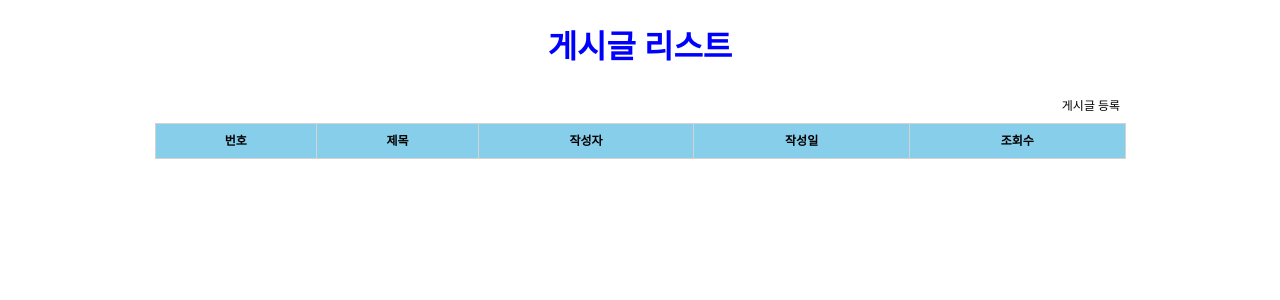
Repository: Gaboza18/JSP
Page: http://localhost/11.mvc_board/BoardServlet?command=board_list
An editor plug-in stored every save of this project. The page is shown before and after the next save, followed by the edit.
The browser window is 1280 px wide. The pictures show the whole page.
The page is served by Tomcat 9. Other server files are loaded and not shown. Queries for data that is not in the repository find no rows.

Above is the page before, as saved 2021-12-28 05:16:44.

### 11.mvc_board/src/main/webapp/board/boardList.jsp
<%@ page language="java" contentType="text/html; charset=UTF-8"
    pageEncoding="UTF-8"%>
<%@ taglib uri="http://java.sun.com/jsp/jstl/core" prefix="c" %>
<%@ taglib uri="http://java.sun.com/jsp/jstl/fmt" prefix="fmt" %>
<!DOCTYPE html>
<html>
<head>
<meta charset="UTF-8">
<title>게시글 목록</title>
<link rel="stylesheet" href="css/shopping.css"/>
</head>
<body>
<div id="wrap" >
<h1>게시글 리스트</h1>
<table>
   <tr>
      <td colspan="5" style="border: white; text-align:right;">
         <a href="BoardServlet?command=board_write_form">게시글 등록</a>
      </td>
   </tr>
   <tr>
      <th>번호</th><th>제목</th><th>작성자</th><th>작성일</th><th>조회수</th>
   </tr>
   <c:forEach var="board" items="${boardList}">
      <tr>
         <td>${board.num}</td>
         <td><a href="BoardServlet?command=board_view&num=${board.num}">${board.title}</a></td>
         <td>${board.name}</td>
         <td><fmt:formatDate value="${board.writedate}"/> </td>
         <td>${board.readcount}</td>
      </tr>
   </c:forEach>
</table>
</div>
</body>
</html>

### 11.mvc_board/src/main/java/com/green/controller/BoardServlet.java
package com.green.controller;

import java.io.IOException;
import javax.servlet.ServletException;
import javax.servlet.annotation.WebServlet;
import javax.servlet.http.HttpServlet;
import javax.servlet.http.HttpServletRequest;
import javax.servlet.http.HttpServletResponse;

import com.green.controller.action.Action;

/**
 * Servlet implementation class BoardServlet
 */
@WebServlet("/BoardServlet")
public class BoardServlet extends HttpServlet {
	private static final long serialVersionUID = 1L;

	/**
	 * @see HttpServlet#HttpServlet()
	 */
	public BoardServlet() {
		super();
		// TODO Auto-generated constructor stub
	}

	/**
	 * @see HttpServlet#doGet(HttpServletRequest request, HttpServletResponse
	 *      response)
	 */
	protected void doGet(HttpServletRequest request, HttpServletResponse response)
			throws ServletException, IOException {

		String command = request.getParameter("command");
		System.out.println("BoardServlet 에서 요청 수신: " + command);

		/*
		 *  서블릿에서 받은 command를 ActionFactory에 전달하여 어떤 비즈니스 로직(Action 클래스)을 수행할지 결정한다
		 */
		ActionFactory factory = ActionFactory.getInstance(); // 싱글톤 객체
		Action action = factory.getAction(command);

		if(action != null) { // action 객체를 할당받았는지 체크
			action.execute(request, response); // 동일한 각 액션 클래스의 업무 로직을 수행
		}
	}

	/**
	 * @see HttpServlet#doPost(HttpServletRequest request, HttpServletResponse
	 *      response)
	 */
	protected void doPost(HttpServletRequest request, HttpServletResponse response)
			throws ServletException, IOException {

		request.setCharacterEncoding("UTF-8");
		doGet(request, response);
	}

}

### 11.mvc_board/src/main/java/com/green/controller/ActionFactory.java
package com.green.controller;

import com.green.controller.action.*;

/*
 *  command의 내용에 따라 Action 클래스를 찾아 액션 객체를 생성해 주는 클래스
 *  싱글톤 클래스로 구현
 */

public class ActionFactory {

	private ActionFactory() { // 싱글톤 생성자
	}

	private static ActionFactory instance = new ActionFactory(); // 인스턴스 생성

	public static ActionFactory getInstance() {
		return instance;
	}

	/*
	 * command의 내용에 따라 Action 객체 생성
	 */

	public Action getAction(String command) {

		Action action = null;

		System.out.println("ActionFactory: " + command);

		if (command.equals("board_list")) {
			action = new BoardListAction();
		} else if (command.equals("board_write_form")) {
			action = new BoardWriteFormAction();
		}

		return action;
	}
}

### 11.mvc_board/src/main/java/com/green/controller/action/Action.java
package com.green.controller.action;

import java.io.IOException;
import javax.servlet.*;
import javax.servlet.http.*;

public interface Action {

	public void execute(HttpServletRequest request, HttpServletResponse response)
			throws ServletException, IOException;
}

### 11.mvc_board/src/main/java/com/green/controller/action/BoardListAction.java
package com.green.controller.action;

import java.io.IOException;
import java.util.List;

import javax.servlet.ServletException;
import javax.servlet.http.HttpServletRequest;
import javax.servlet.http.HttpServletResponse;

import com.green.dao.BoardDAO;
import com.green.dto.BoardVO;

public class BoardListAction implements Action {

	@Override
	public void execute(HttpServletRequest request, HttpServletResponse response) throws ServletException, IOException {

		BoardDAO bDao = BoardDAO.getInstance();
		String url = "board/boardList.jsp";

		/*
		 *  DB에서 전체 게시글 조회
		 */

		List<BoardVO> boardList = bDao.selectAllBoards();

		request.setAttribute("boardList", boardList);
		request.getRequestDispatcher(url).forward(request,response);

	}

}

### 11.mvc_board/src/main/java/com/green/dao/BoardDAO.java
package com.green.dao;

import java.util.*;
import java.sql.*;
import com.green.dto.BoardVO;

import util.DBManager;

/*
 *  게시판 테이블에서 조회, 삽입, 수정을 수행하는 클래스
 */

// 싱글톤 생성
public class BoardDAO {

	private BoardDAO() { // 싱글톤 생성
	}

	private static BoardDAO instance = new BoardDAO(); // BoardDAO 타입의 instance 객체생성

	public static BoardDAO getInstance() {
		return instance;
	}

	/*
	 * 게시글 목록 조회(최근 등록한 게시글이 앞에 나옴)
	 */

	public List<BoardVO> selectAllBoards() { // 테이블의 내용을 리스트 형식으로 출력한다 List<테이블 내용 get,set> -> 테이블의 모든내용을 조회하는 메소드

		// 데이터 베이스 연결
		Connection conn = null;
		PreparedStatement pstmt = null;
		ResultSet rs = null;

		String sql = "SELECT * FROM board ORDER BY num DESC"; // 테이블 에서 실행할 SQL문

		List<BoardVO> boardList = new ArrayList<BoardVO>(); // 결과값을 저장하기 위한 변수

		try {

			conn = DBManager.getConnection();
			pstmt = conn.prepareStatement(sql);

			rs = pstmt.executeQuery(); // 조회 SQL문 쿼리

			while (rs.next()) { // 하나씩 조회한다

				BoardVO board = new BoardVO(); // 조회할 내용의 객체 선언

				board.setNum(rs.getInt("num"));
				board.setName(rs.getString("name"));
				board.setEmail(rs.getString("email"));
				board.setPass(rs.getString("pass"));
				board.setTitle(rs.getString("title"));
				board.setContent(rs.getString("content"));
				board.setReadcount(rs.getInt("readcount"));
				board.setWritedate(rs.getTimestamp("writedate"));

				boardList.add(board); // 조회내용을 저장한다
			}
		} catch (Exception e) {
			e.printStackTrace();
		} finally {
			DBManager.close(conn, pstmt, rs);
		}
		return boardList;
	}

	/*
	 * 게시글 입력 정보를 DB에 저장
	 */

	public void insertBoard(BoardVO board) {

		Connection conn = null;
		PreparedStatement pstmt = null;

		String sql = "INSERT INTO board(num, pass, email, name, title, content) "
				+ "VALUES(board_seq.NEXTVAL,?,?,?,?,?)";

		try {

			conn = DBManager.getConnection();
			pstmt = conn.prepareStatement(sql);

			pstmt.setString(1, board.getPass());
			pstmt.setString(2, board.getEmail());
			pstmt.setString(3, board.getName());
			pstmt.setString(4, board.getTitle());
			pstmt.setString(5, board.getContent());

			pstmt.executeUpdate();

		} catch (Exception e) {
			e.printStackTrace();
		} finally {
			DBManager.close(conn, pstmt);
		}
	}
}

### 11.mvc_board/src/main/java/util/DBManager.java
package util;

import java.sql.*;
import javax.naming.*;
import javax.sql.*;

/*
 *  DB 연결과 close 기능 수행
 */

public class DBManager {

	// DB 연결
	public static Connection getConnection() {

		Connection conn = null;

		try {
			Context initContext = new InitialContext();
			Context envContext = (Context) initContext.lookup("java:/comp/env");
			DataSource ds = (DataSource) envContext.lookup("jdbc/myoracle");
			conn = ds.getConnection();
		} catch (Exception e) {
			e.printStackTrace();
		}

		return conn;
	}

	// SELECT문 수행후 close() 메소드
	public static void close(Connection conn, Statement stmt, ResultSet rs) {
		try {
			if (rs != null)
				rs.close();
			if (stmt != null)
				stmt.close();
			if (conn != null)
				conn.close();
		} catch (Exception e) {
			e.printStackTrace();
		}
	}

	// INSERT UPDATE, DELETE 수행후 close() 메소드
	public static void close(Connection conn, Statement stmt) {
		try {
			if (stmt != null)
				stmt.close();
			if (conn != null)
				conn.close();
		} catch (Exception e) {
			e.printStackTrace();
		}
	}
}

### 11.mvc_board/src/main/webapp/css/shopping.css
@charset "UTF-8";
#wrap {
    width: 971px;    /* 1024*768로 해상도 맞춤 */
    /* 가운데 정렬을 위한 여백 설정 */
    margin: 0;
    margin-left: auto;
    margin-right: auto;
}

h1 {
    color: blue;
    text-align: center;
}

table {
    width: 100%;
    border-collapse: collapse;
    font-size: 12px;
    line-height: 24px;
}

table td, th {
    border: #d3d3d3 solid 1px;
    padding: 5px;
}

th {
    background: skyblue;
}
table .item{
	text-align: center;
}
img {
    width: 220px;
    height: 300px;
}
a {
    text-decoration:none;
    color:black;
}
a:HOVER {
    text-decoration:underline;
    color:pink;
}

After the next save:
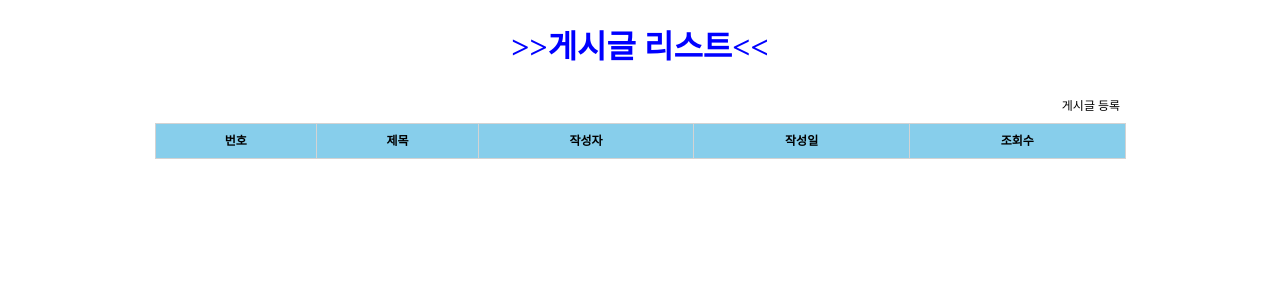
Saved 12 min 31 s later.
--- a/11.mvc_board/src/main/webapp/board/boardList.jsp
+++ b/11.mvc_board/src/main/webapp/board/boardList.jsp
@@ -11,7 +11,7 @@
 </head>
 <body>
 <div id="wrap" >
-<h1>게시글 리스트</h1>
+<h1>>>게시글 리스트<<</h1>
 <table>
    <tr>
       <td colspan="5" style="border: white; text-align:right;">

After the save that followed:
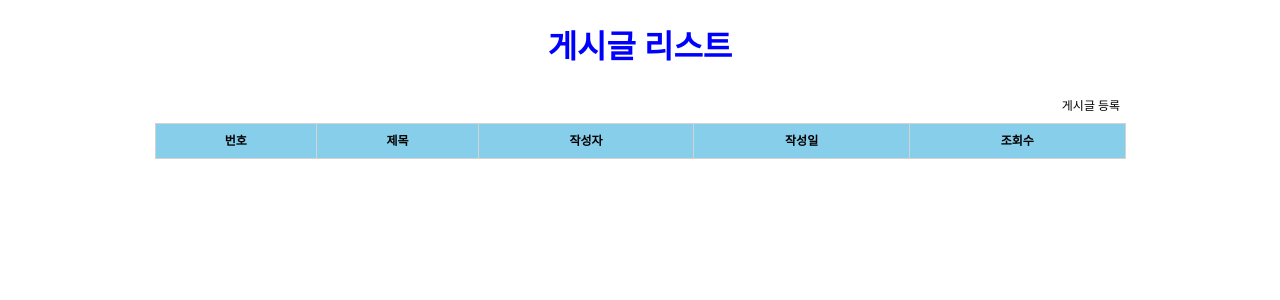
Saved 15 s later.
--- a/11.mvc_board/src/main/webapp/board/boardList.jsp
+++ b/11.mvc_board/src/main/webapp/board/boardList.jsp
@@ -11,7 +11,7 @@
 </head>
 <body>
 <div id="wrap" >
-<h1>>>게시글 리스트<<</h1>
+<h1>게시글 리스트</h1>
 <table>
    <tr>
       <td colspan="5" style="border: white; text-align:right;">
